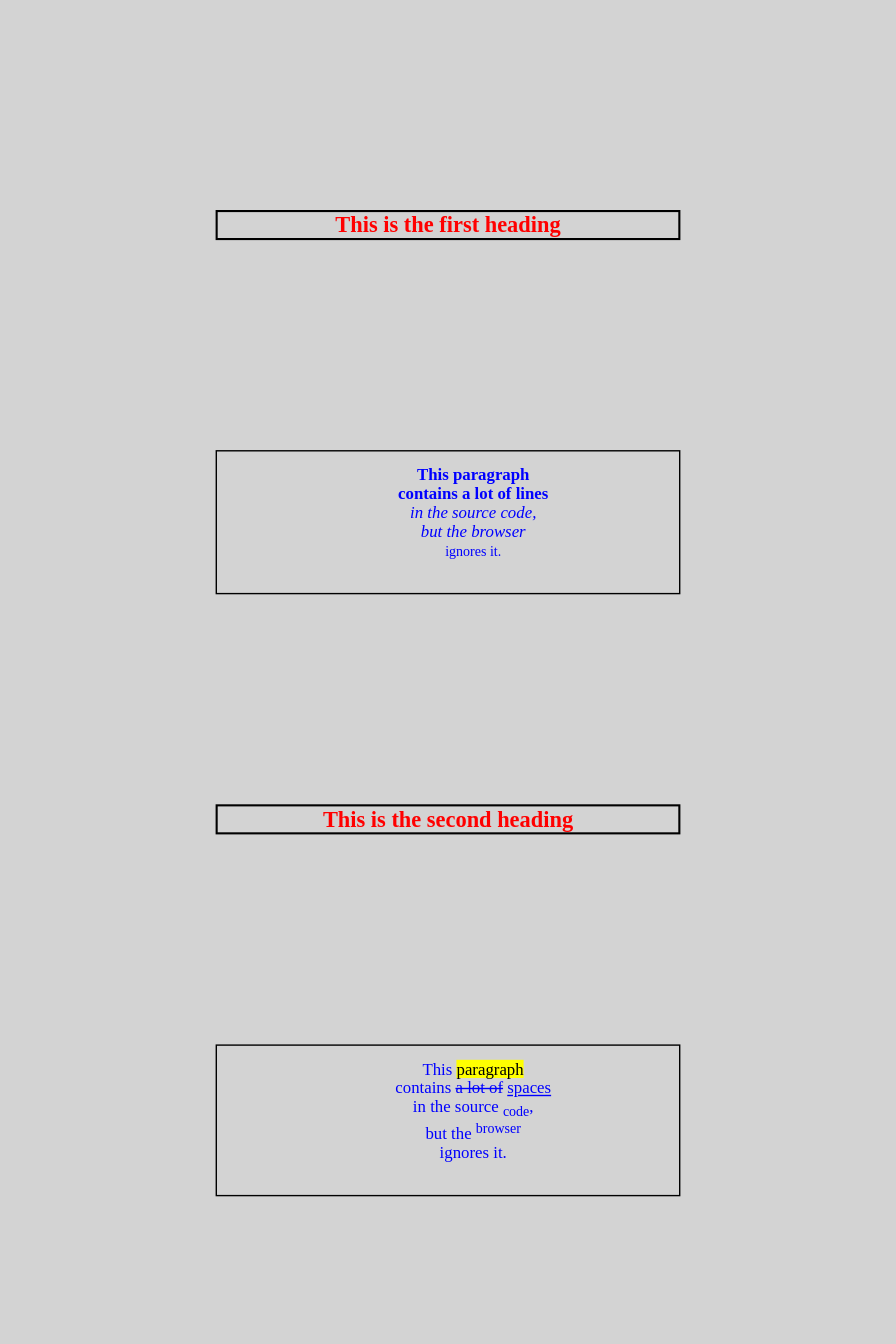
Repository: zRush1202/LoginPage-demo
Page: ex_html/home.html
These files come from the project's save history. The page is drawn as it stood at one moment and after the next save; the edit follows.
The browser window is 1280 px wide. The pictures show the part of the page from y = 0 to 1920 px (the page is 2608 px tall before and 2359 px after), at 70% of full size.
Pictures or frames that could not be fetched are drawn as grey boxes.

Above is the page before, as saved 2023-09-06 20:16:07.

### ex_html/home.html
<!DOCTYPE html>
<html lang="en">
<head>
    <meta charset="UTF-8">
    <meta name="viewport" content="width=device-width, initial-scale=1.0">
    <title>Learning HTML</title>
    <link rel="stylesheet" href="style.css">
</head>
<body>
    <h1>This is the first heading</h1>
        <pre title="I'm a tooltip">
            <b>This paragraph</b>
            <strong>contains a lot of lines</strong>
            <i>in the source code,</i>
            <em>but the browser</em>
            <small>ignores it.</small>
        </pre>
    <h2>This is the second heading</h2>
        <pre>
            This <mark>paragraph</mark>
            contains <del>a lot of</del> <ins>spaces</ins>
            in the source <sub>code</sub>,
            but the <sup>browser</sup>
            ignores it.
        </pre>
        <!--
        <p>Here is the quote from youtube website:</p>
        <blockquote cite="https://www.youtube.com/">
            Lorem ipsum dolor sit amet consectetur adipisicing elit.
            Deleniti alias tempora labore laudantium veritatis enim beatae
            voluptatibus ipsum sit qui maiores dicta repudiandae libero eaque
            pariatur perspiciatis, distinctio cupiditate magni.
        </blockquote>
        <p>Youtube's goal is to: <q>Watch video!</q></p>
        <p>The <abbr title="World Health Organization">WHO</abbr> was founded in 1948.</p>
        <address>
            Written by John Doe.<br>
            Visit us at:<br>
            Example.com<br>
            Box 564, Disneyland<br>
            USA
        </address>
        <p><cite>The Scream</cite> by Edvard Munch. Painted in 1893.</p>
        <bdo dir="rtl">This text will be written from right to left</bdo>
        -->
        <a href="https://www.youtube.com/" target="_blank" title="Youtube" class="ytb">
            <img src="https://inkythuatso.com/uploads/images/2021/10/youtube-logo-inkythuatso-01-27-14-06-56.jpg" style="height: 200px; width: 250px;">
        </a>
        <br>
        <br>
        <a href="mailto:phutrong.ltv@gmail.com" target="_blank" title="Click to send email" class="mail">
            <img src="data:[embedded picture, 2422 characters]" alt="Hình ảnh">
        </a>
        <br>
        <button onclick="document.location='tab1.html'" style="display: block;margin: 0 auto; font-size: 200%;" title="Go to tab 1">Tab 1</button>
        <br>
        <a href="https://www.facebook.com" title="Go to Facebook" target="_blank" class="fb">Facebook</a>
</body>
</html>

### ex_html/style.css
body {
    background-color: lightgray;
}
h1 {
color: red;
border: 3px solid black;
margin: 300px;
text-align: center;
font-size: 200%;
font-family:'Times New Roman', Times, serif;
}
h2 {
color: red;
border: 3px solid black;
margin: 300px;
text-align: center;
font-size: 200%;
font-family:'Times New Roman', Times, serif;
}
p {
color: blue;
text-align: center;
font-size: 150%;
font-family: 'Times New Roman', Times, serif;
}

pre {
color: blue;
border: 2px solid black;
padding: 20px;
margin: 300px;
text-align: center;
font-size: 150%;
font-family: 'Times New Roman', Times, serif;
}

.ytb {
    display: inline-block;
    position: relative;
    left: 50%;
    transform: translateX(-50%);
    border: 2px solid #000;
}

.mail {
    display: inline-block;
    position: relative;
    left: 50%;
    transform: translateX(-50%);
    border: 2px solid #000;
}

.fb {
    border: 2px solid #000;
    font-size:  200%;
    display: inline-block;
    position: relative;
    left: 50%;
    transform: translateX(-50%);;
}

a img {
max-width: 100%;
max-height: 100%;
display: block;margin: auto auto;
}

a:link, a:visited {
    background-color: white;
    color: black;
    padding: 5px 5px;
    text-align: center;
    text-decoration: none;
    display: inline-block;
}

a:hover, a:active {
background-color: blue;
}

After the next save:
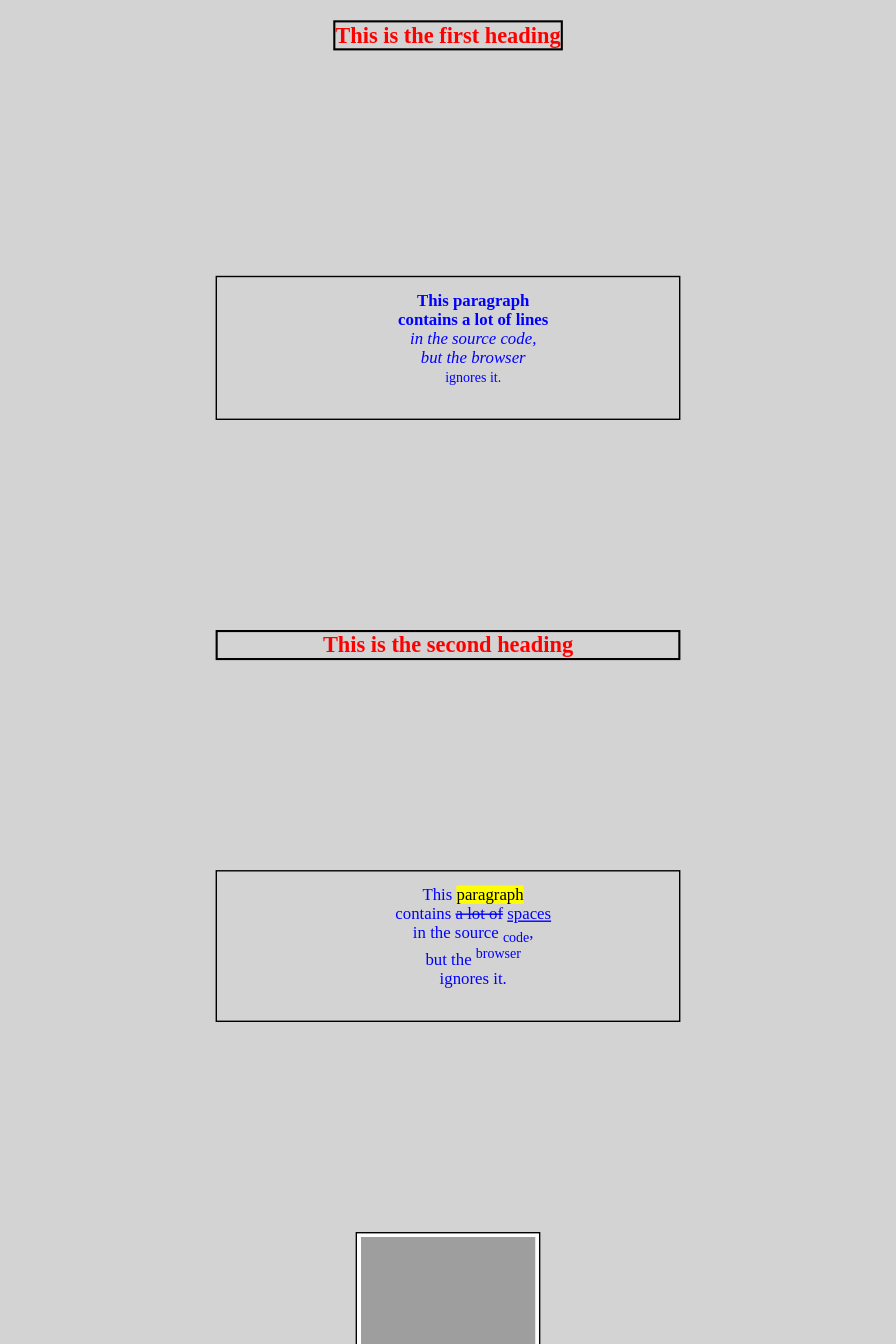
Saved 67 s later.
--- a/ex_html/style.css
+++ b/ex_html/style.css
@@ -4,7 +4,10 @@ body {
 h1 {
 color: red;
 border: 3px solid black;
-margin: 300px;
+display: inline-block;
+position: relative;
+left: 50%;
+transform: translateX(-50%);
 text-align: center;
 font-size: 200%;
 font-family:'Times New Roman', Times, serif;
